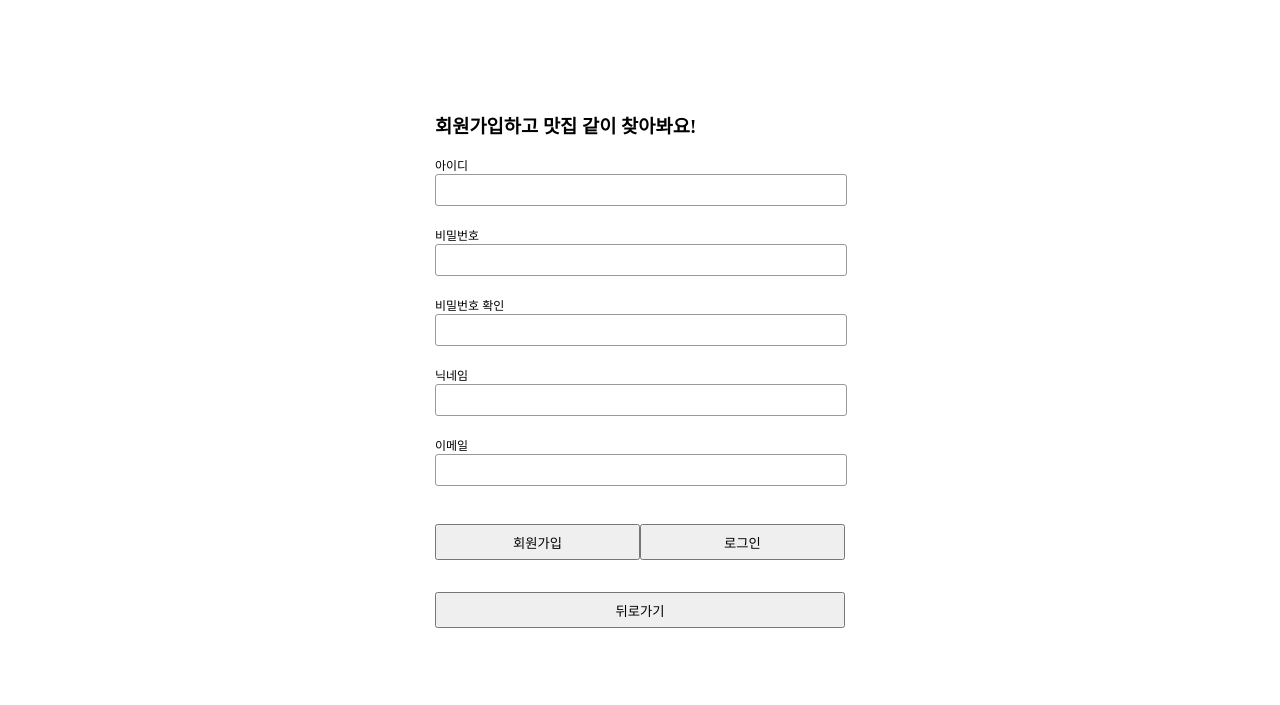
Repository: zzangyu/koreanFoodsProject
Page: http://localhost/koreanFoodsProject/koreanFoods/signUp.jsp
The author's editor kept a copy of each file at every save. The page is drawn from the files as they stood at one save, then again after the next save.
The browser window is 1280 px wide. The pictures show the whole page.
The page is served by Tomcat 9.

Above is the page before, as saved 2022-12-29 07:49:33.

After the next save:
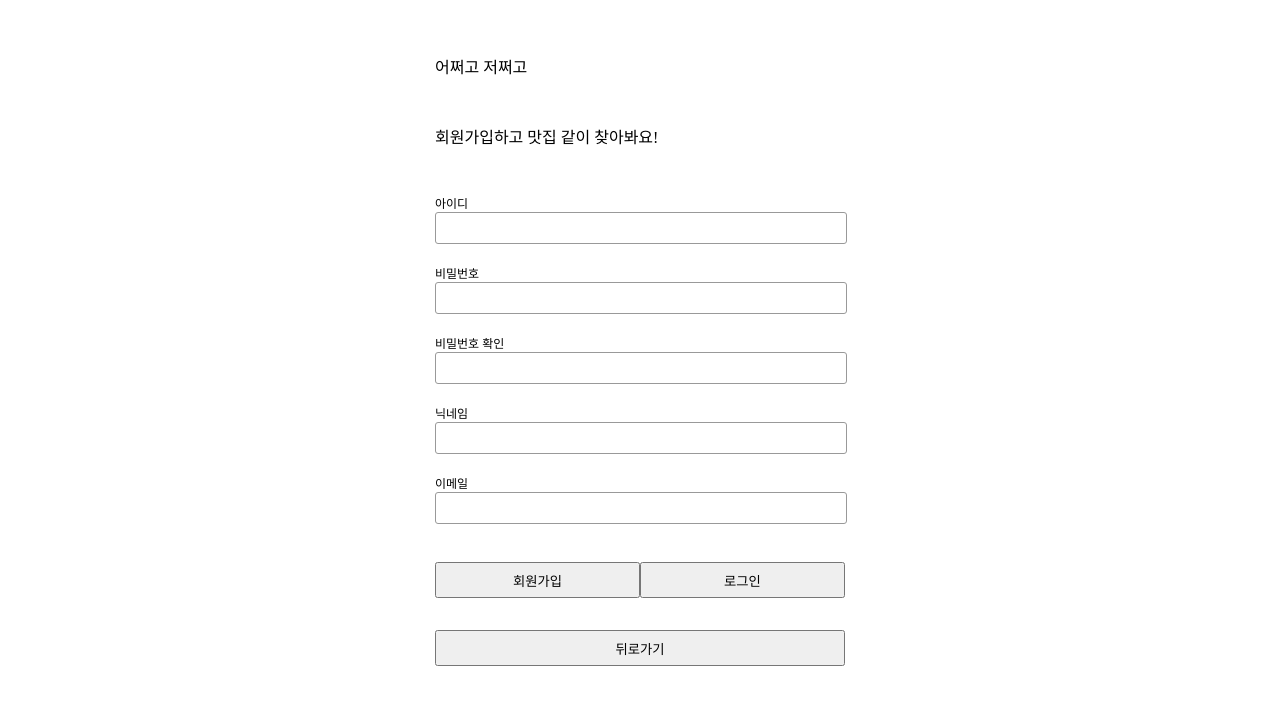
Saved 70 s later.
--- a/koreanFoodsProject/src/main/webapp/koreanFoods/signUp.jsp
+++ b/koreanFoodsProject/src/main/webapp/koreanFoods/signUp.jsp
@@ -10,7 +10,8 @@
 <body>
 	<form action="" id="signUp">
 		<div id="signUp_Wrap">
-			<h3>회원가입하고 맛집 같이 찾아봐요!</h3>
+			<div id="signUp_title">어쩌고 저쩌고</div>
+			<div id="signUp_title">회원가입하고 맛집 같이 찾아봐요!</div>
 			<div>
 				<label class="signUp_textSize">아이디</label>
 				<div>
